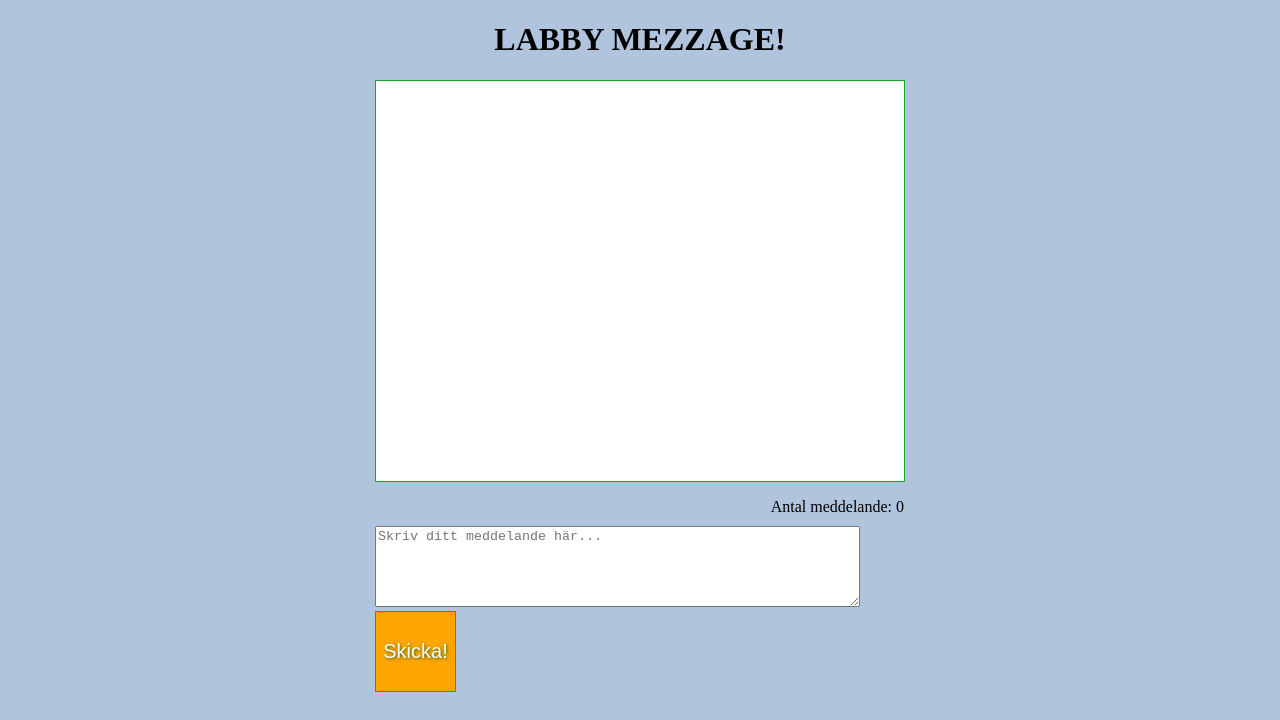
Repository: al223gv/1dv403-al223gv-laborationer
Page: 2-labbymezzage/index.html
The author's editor kept a record of every edit. The page is drawn from the files as they stood at one moment, then again after the next edit.
The browser window is 1280 px wide. The pictures show the whole page.

Above is the page before.

### 2-labbymezzage/index.html
<!DOCTYPE html>
<html lang="sv">

<head>
	<meta charset="UTF-8">
	<title>Labby mezzage</title>
	<link rel="stylesheet" href="css/style.css">
	<script type="text/javascript" src="Message.js"></script>
	<script type="text/javascript" src="MessageBoard.js"></script>
	<script type="text/javascript" src="Javascript.js"></script>
</head>

<body>
	<div id="box-container">
		<h1>LABBY MEZZAGE!</h1>
		<div id="history-box">

		</div>
		<p id="uniqueMessage">Antal meddelande: 0</p>

		<div id="message-box">
			<textarea id="text_inlagg" rows="5" cols="58" placeholder="Skriv ditt meddelande här..."></textarea>
			<input id="button" type="submit" value="Skicka!">
		</div>
	</div>
</body>

</html>

### 2-labbymezzage/css/style.css
body {
    max-width:530px;
    margin:auto;
    background-color: #b0c4de;
}

#Box-container {
    background-color:white;
    width: 700px;
    height: 500px;
    margin:auto;
    margin-top:100px;


}
body h1{
    text-align:center;
}

#history-box{
    background-color:white;
    width:528px;
    height:400px;
    margin-bottom:10px;
    margin-left: auto;
    margin-right: auto;
    border: 1px solid #18ab29;
    overflow-y: scroll;
    overflow-x:hidden;
}
#message-box{
    position:relative;
    display: block;
    width:530px;
    height:80px;
    margin-left: auto;
    margin-right: auto;
}

#button {
	vertical-align: top;
	height: 81px;
	width: 81px;
	background-color: orange;
	border: 1px solid #18ab29;
	cursor: pointer;
	color: #ffffff;
	font-family: arial;
	font-size: 20px;
	text-decoration: none;
	text-shadow: 1px 1px 3px #2f6627;
}
#history-box p{
    float:left;
    width:75%;
    border-radius: 15px;
    padding:10px;
    background-color:#7CFC00;
}
#history-box div{
    margin:10px;
}
#history-box img{
    float:left;
    margin-top:15px;
    margin-left:10px;
}
#uniqueMessage{
    width:528px;
    text-align:right;
    margin-bottom:10px;
    margin-left: auto;
    margin-right: auto;
}
.timePara{
    color:gray;
    text-align:;
}

### 2-labbymezzage/Message.js
"use strict";
function Message(message, date){

    this.getText = function(){
        return message;
    };

    this.setText = function(_text){
        message = _text;
    };

    this.getDate = function(){
        return date;
    };
    this.setDate = function(_date){
        date = _date;
    };
    Message.prototype.getClock = function(){
        var h = this.getDate().getHours();
        var m = this.getDate().getMinutes();
        var s = this.getDate().getSeconds();

        if(this.getDate().getHours() < 10){
            h = "0" + this.getDate().getHours();
        }
        else{
            h = this.getDate().getHours();
        }
        if(this.getDate().getMinutes() < 10){
            m = "0" + this.getDate().getMinutes();
        }
        else{
            m = this.getDate().getMinutes();
        }
        if(this.getDate().getSeconds() < 10){
            s = "0" + this.getDate().getSeconds();
        }
        else{
            s = this.getDate().getSeconds();
        }
        return h + ":" + m + ":" + s;
    };

    Message.prototype.toString = function(){
        return this.getText()+"  ("+this.getDate()+")";
    };

    Message.prototype.getHTMLText = function(){
        return this.getText().replace(/[\n\r]/g, "<br>");
    };

    Message.prototype.getDateText = function(){
        var monthNames = [ "January", "February", "March", "April", "May", "June",
    "July", "August", "September", "October", "November", "December" ];

    return "Inlägget skapades den " + this.getDate().getDate() + " " + monthNames[this.getDate().getMonth()] +
        " " + this.getDate().getFullYear() + " klockan " + this.getClock();
    };
}

### 2-labbymezzage/Javascript.js
"use strict";
var Motor = {

    count: 0,

    messages: [],

    init: function(){

        var button = document.querySelector("#button");
        var inlagg = document.querySelector("#text_inlagg");
        var mess;

        button.addEventListener("click", buttonPress, false);

        inlagg.addEventListener("keydown", function(e){
            if(13 == e.keyCode && !e.shiftKey){
                    e.preventDefault();
                    buttonPress();
            }
        }, false);

        function buttonPress(){
            if(inlagg.value !== ""){
            mess = new Message(inlagg.value, new Date());

            Motor.messages.push(mess);

            Motor.renderMessages();
            inlagg.value="";
            }
        }
    },
    renderMessages:function(){
        document.querySelector("#history-box").innerHTML = "";
        for(var i=0; i < Motor.messages.length; i++){
            Motor.renderMessage(i);
        }
        document.getElementById("uniqueMessage").innerHTML = "Antal Medelande "+ i;
    },
    renderMessage: function(MessageID){

            var history = document.querySelector("#history-box");
            var div = document.createElement("div");
            var para = document.createElement("p");
            var image_remove = document.createElement("img");
            var image_time = document.createElement("img");
            var paraTime = document.createElement("div");

            paraTime.classList.add("timePara");
            paraTime.innerHTML = "Klockan: " + Motor.messages[MessageID].getClock();

            image_remove.setAttribute("title", "Radera meddelandet");
            image_time.setAttribute("title", "När postades meddelandet");

            image_remove.src = "css/remove.png";
            image_time.src = "css/time.png";

            para.innerHTML = Motor.messages[MessageID].getHTMLText();


            history.appendChild(div);
            div.appendChild(para);
            div.appendChild(image_time);
            div.appendChild(image_remove);


            image_remove.addEventListener("click", function(){
                if(confirm("Vill du verkligen radera meddelandet?"))
                Motor.messages.splice(MessageID, 1);
                Motor.renderMessages();

            }, false);


            image_time.addEventListener("click", function(){
                alert(Motor.messages[MessageID].getDateText());
            }, false);


    }
};
window.addEventListener("load", Motor.init, false);

Loaded but not shown: 2-labbymezzage/MessageBoard.js (no copy from this time; the picture is the same without it)

After the next edit:
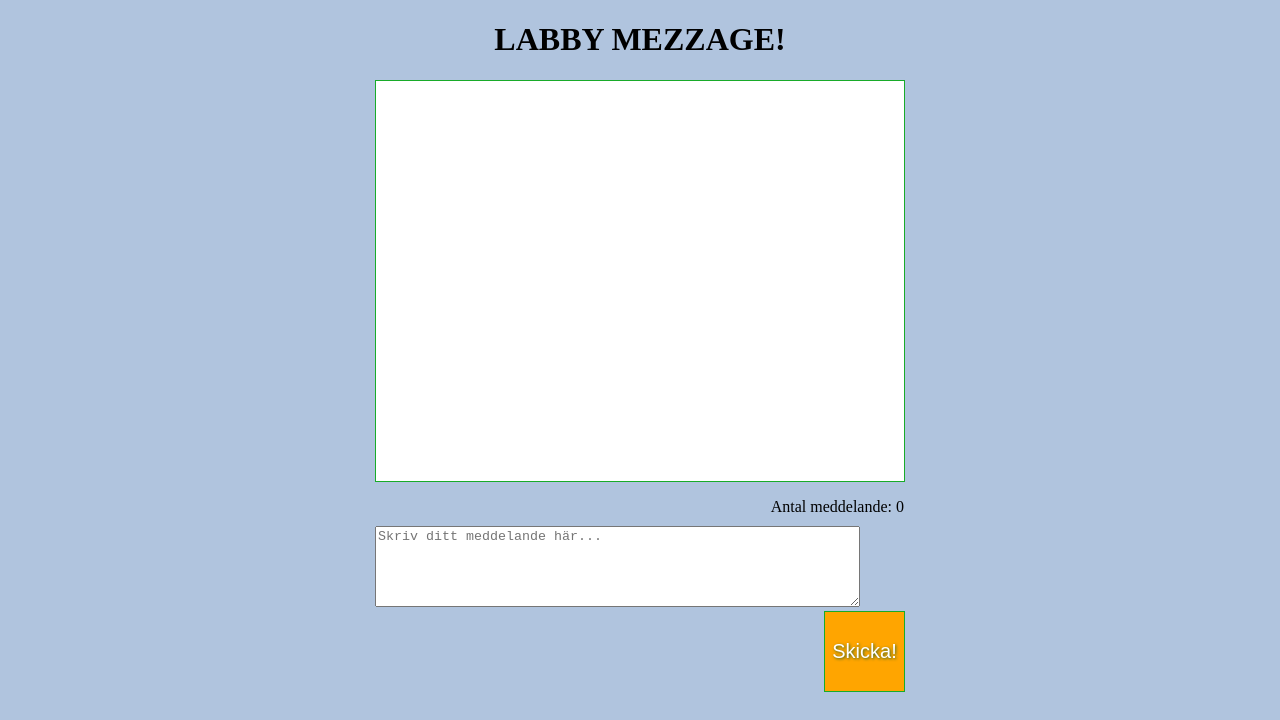
The edit:
--- a/2-labbymezzage/css/style.css
+++ b/2-labbymezzage/css/style.css
@@ -38,7 +38,7 @@
 }
 
 #button {
-	vertical-align: top;
+    float:right;
 	height: 81px;
 	width: 81px;
 	background-color: orange;
